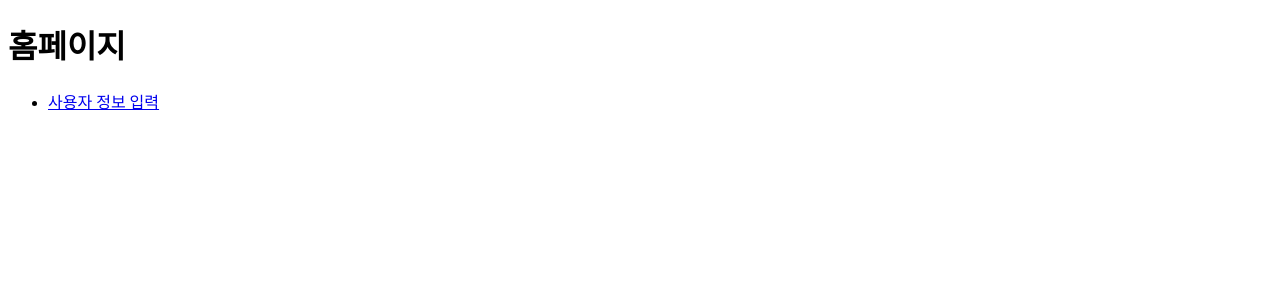
Repository: onlySaying/springStudy
Page: http://localhost/ex02/
An editor plug-in stored every save of this project. The page is shown before and after the next save, followed by the edit.
The browser window is 1280 px wide. The pictures show the whole page.
The page is served by Tomcat 9.

Above is the page before, as saved 2024-03-04 01:38:48.

After the next save:
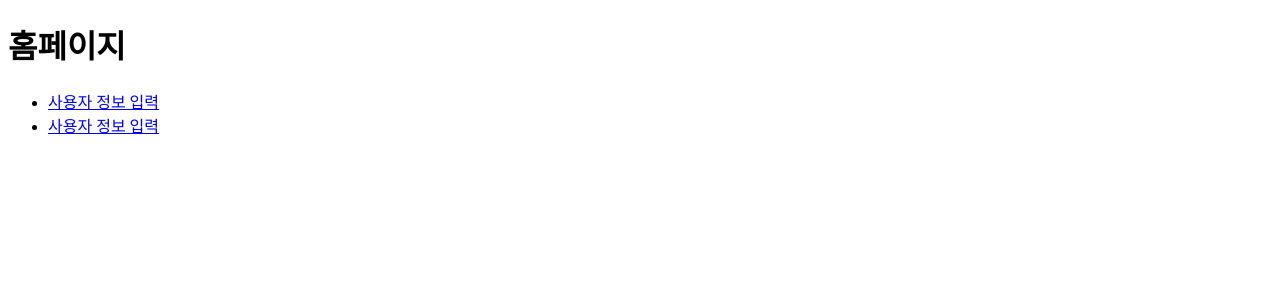
Saved 33 min 0 s later.
--- a/spring/week1/ex02/src/main/webapp/index.jsp
+++ b/spring/week1/ex02/src/main/webapp/index.jsp
@@ -10,6 +10,7 @@
 	<h1>홈페이지</h1>
 	<ul>
 		<li> <a href = "ch01/input.jsp">사용자 정보 입력</a></li>
+		<li> <a href = "ch01/login.jsp">사용자 정보 입력</a></li>
 	</ul>
 </body>
 </html>
